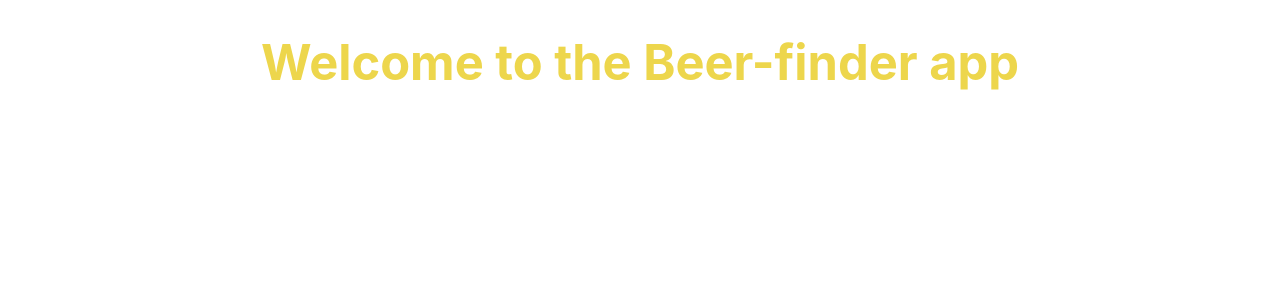
Repository: marcinszymaszek/beer-finder
Page: /
These files come from the project's save history. The page is drawn as it stood at one moment and after the next save; the edit follows.
The browser window is 1280 px wide. The pictures show the whole page.
The project was rebuilt for these pictures with package versions that can differ from the ones it lists, and the page was loaded fresh each time.

Above is the page before, as saved 2020-05-10 20:05:49.

After the next save:
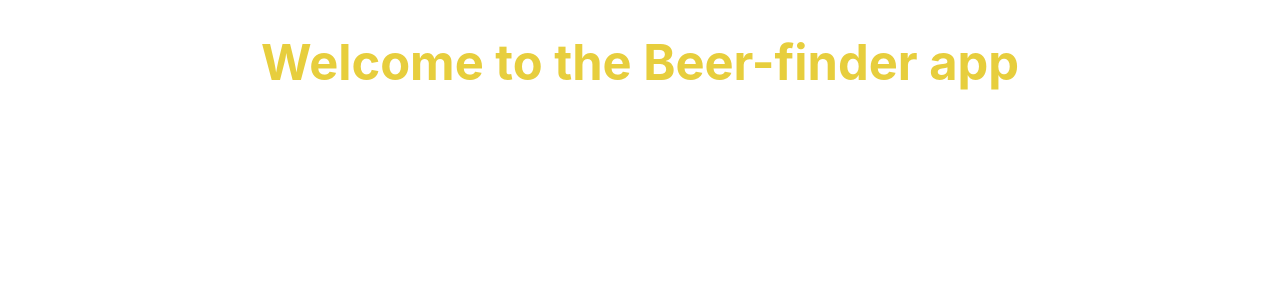
Saved 12 s later.
--- a/src/components/main/App.css
+++ b/src/components/main/App.css
@@ -4,5 +4,5 @@
   display: flex;
   flex-direction: column;
   font-size: calc(10px + 2vmin);
-  color: #edd64c;
+  color: #e7ce3d;
 }
